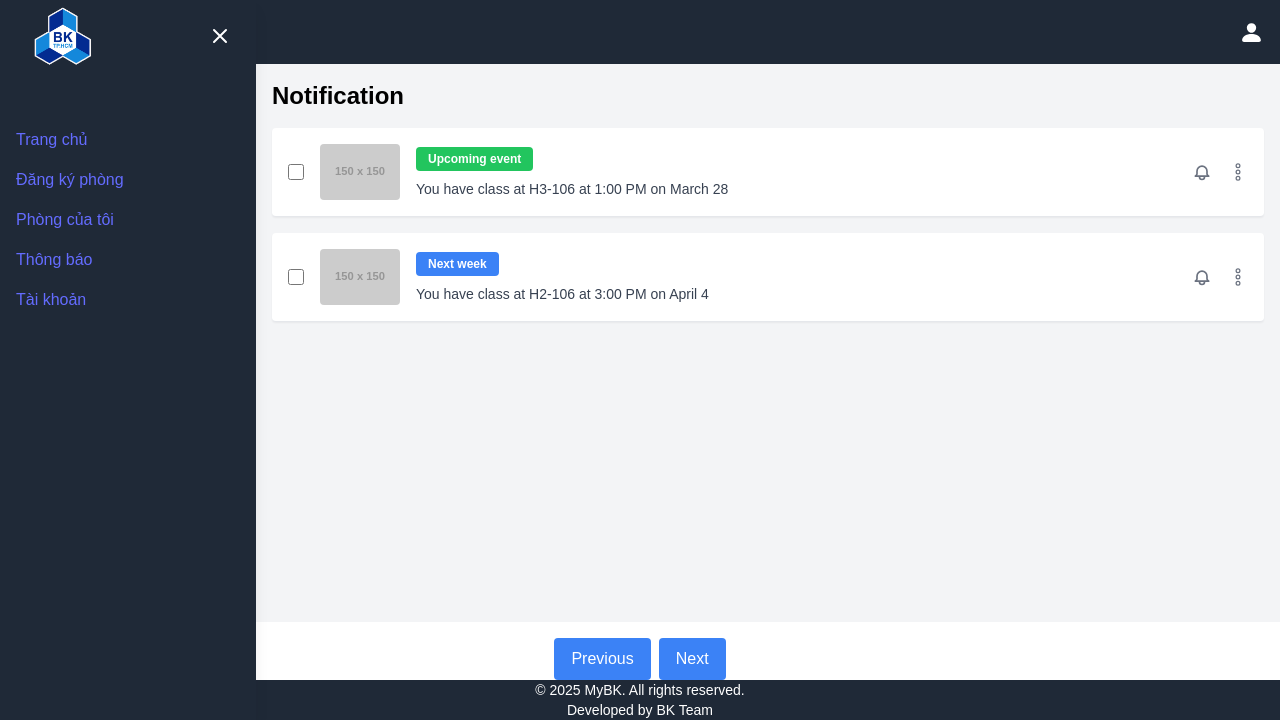
Repository: CNPM-S3MRS/frontend-web
Page: /notification
These files come from the project's save history. The page is drawn as it stood at one moment and after a run of saves; the edit follows.
The browser window is 1280 px wide. The pictures show the whole page.
The project was rebuilt for these pictures with package versions that can differ from the ones it lists, and the page was loaded fresh each time. Also part of the build but not shown: vite.config.js, src/pages/auth/Login.jsx.

Above is the page before, as saved 2025-04-09 03:03:49.

### src/App.jsx
import { BrowserRouter as Router, Routes, Route } from 'react-router-dom';
import Login from '@/pages/auth/Login';
import Notification from './pages/notification/notification';

function App() {
  return (
    <Router>
      <Routes>
        <Route path="/login" element={<Login />} />
        <Route path="/notification" element={<Notification />} /> {/* Add this route */}
        <Route path="/" element={<div>Trang chủ</div>} />
      </Routes>
    </Router>
  );
}

export default App;

### src/index.css
@tailwind base;
@tailwind components;
@tailwind utilities;


:root {
  font-family: system-ui, Avenir, Helvetica, Arial, sans-serif;
  line-height: 1.5;
  font-weight: 400;

  color-scheme: light dark;
  color: rgba(255, 255, 255, 0.87);
  background-color: #242424;

  font-synthesis: none;
  text-rendering: optimizeLegibility;
  -webkit-font-smoothing: antialiased;
  -moz-osx-font-smoothing: grayscale;
}

a {
  font-weight: 500;
  color: #646cff;
  text-decoration: inherit;
}
a:hover {
  color: #535bf2;
}

/* body {
  margin: 0;
  display: flex;
  place-items: center;
  min-width: 320px;
  min-height: 100vh;
} */

h1 {
  font-size: 3.2em;
  line-height: 1.1;
}

.header-button {
  background: none;
  border: none;
  color: inherit;
  cursor: pointer;
  padding: 0;
  display: inline-flex;
  align-items: center;
  justify-content: center;
}


.sidebar-button {
  background: none;
  border: none;
  color: inherit;
  cursor: pointer;
  padding: 0.5rem;
  display: inline-flex;
  align-items: center;
  justify-content: center;
}

button {
  border-radius: 8px;
  border: 1px solid transparent;
  padding: 0.6em 1.2em;
  font-size: 1em;
  font-weight: 500;
  font-family: inherit;
  background-color: #1a1a1a;
  cursor: pointer;
  transition: border-color 0.25s;
}
button:hover {
  border-color: #646cff;
}
button:focus,
button:focus-visible {
  outline: 4px auto -webkit-focus-ring-color;
}
h1 {
  font-size: 1.5rem;
  font-weight: bold;
  margin-bottom: 1rem;
}
body {
  font-family: Arial, sans-serif;
  background-color: #ffffff;
  color: #000000;
}

input[type="checkbox"] {
  width: 1rem;
  height: 1rem;
}

@media (prefers-color-scheme: light) {
  :root {
    color: #213547;
    background-color: #ffffff;
  }
  a:hover {
    color: #747bff;
  }
  button {
    background-color: #f9f9f9;
  }
}

### src/pages/notification/notification.jsx
import React, { useState } from "react";
import Sidebar from "../../components/bars/Sidebar";
import NotificationCard from "../../components/card/NotificationCard";
import Header from "../../components/header/Header";
import Footer from "../../components/footer/Footer";
import Pagination from "../../components/pagination/Pagination";

const Notification = () => {
  const [isSidebarOpen, setIsSidebarOpen] = useState(true); // Sidebar is visible by default

  return (
    <div className="flex flex-col h-screen">
      {/* Header */}
      <Header isSidebarOpen={isSidebarOpen} setIsSidebarOpen={setIsSidebarOpen} />

      <div className="flex flex-grow">
        {/* Sidebar */}
        <Sidebar isSidebarOpen={isSidebarOpen} setIsSidebarOpen={setIsSidebarOpen} />

        {/* Main Content */}
        <div
          className={`flex-grow p-4 bg-gray-100 transition-all duration-300 ${
            isSidebarOpen ? "ml-64" : "ml-0"
          }`}
        >
          <h1 className="text-2xl font-bold mb-4">Notification</h1>

          {/* Example Notification Cards */}
          <NotificationCard
            image="https://via.placeholder.com/150"
            status="Upcoming event"
            statusColor="green"
            message="You have class at H3-106 at 1:00 PM on March 28"
          />
          <NotificationCard
            image="https://via.placeholder.com/150"
            status="Next week"
            statusColor="blue"
            message="You have class at H2-106 at 3:00 PM on April 4"
          />
        </div>
      </div>
      {/* Pagination */}
      <div className="flex justify-center mt-4">
        <button className="px-4 py-2 bg-blue-500 text-white rounded">Previous</button>
        <button className="px-4 py-2 bg-blue-500 text-white rounded ml-2">Next</button>
      </div>
      {/* Footer */}
      <Footer />
    </div>
  );
};

export default Notification;

### src/components/bars/Sidebar.jsx
import React from "react";
import { NavLink } from "react-router-dom";
import LogoBK from "../../assets/LogoBK.jpg"; // Adjust the path as necessary
const Sidebar = ({ isSidebarOpen, setIsSidebarOpen }) => {
  return (
    <div
      className={`fixed inset-y-0 left-0 w-64 bg-gray-800 text-white shadow-lg z-50 transform ${
        isSidebarOpen ? "translate-x-0" : "-translate-x-full"
      } transition-transform duration-300`}
    >
      <div className="flex items-center content-center">
        <img src={LogoBK} alt="Logo" className="w-17 h-20 object-contain" />
      </div>
      {/* Close Button */}
      <button
        onClick={() => setIsSidebarOpen(false)}
        className="sidebar-button absolute top-4 right-4 text-white focus:outline-none"
        aria-label="Close Sidebar"
      >
        <svg
          xmlns="http://www.w3.org/2000/svg"
          width="24"
          height="24"
          fill="none"
          viewBox="0 0 24 24"
          stroke="currentColor"
        >
          <path
            strokeLinecap="round"
            strokeLinejoin="round"
            strokeWidth={2}
            d="M6 18L18 6M6 6l12 12"
          />
        </svg>
      </button>

      {/* Sidebar Links */}
      <ul className="mt-8 space-y-4 p-4">
        <li>
          <NavLink to="/" className="hover:text-gray-400">
            Trang chủ
          </NavLink>
        </li>
        <li>
          <NavLink to="/register-room" className="hover:text-gray-400">
            Đăng ký phòng
          </NavLink>
        </li>
        <li>
          <NavLink to="/my-rooms" className="hover:text-gray-400">
            Phòng của tôi
          </NavLink>
        </li>
        <li>
          <NavLink to="/notification" className="hover:text-gray-400">
            Thông báo
          </NavLink>
        </li>
        <li>
          <NavLink to="/account" className="hover:text-gray-400">
            Tài khoản
          </NavLink>
        </li>
      </ul>
    </div>
  );
};

export default Sidebar;

### src/components/card/NotificationCard.jsx
import React from "react";

const NotificationCard = ({ image, status, statusColor, message }) => {
  const statusColorClass = {
    green: "bg-green-500",
    blue: "bg-blue-500",
    red: "bg-red-500",
  };
  return (
    <div className="flex items-center justify-between w-full p-4 border-b bg-white shadow-sm rounded mb-4">
      {/* Left Section */}
      <div className="flex items-center space-x-4">
        {/* Checkbox */}
        <input type="checkbox" className="w-4 h-4" />

        {/* Image */}
        <img
          src={image}
          alt="Notification"
          className="w-20 h-14 object-cover rounded"
        />

        {/* Content */}
        <div>
          {/* Status Badge */}
          <span
            className={`inline-block px-3 py-1 text-xs font-semibold text-white rounded ${
              statusColorClass[statusColor] || "bg-gray-500"
            }`}
          >
            {status}
          </span>
          {/* Message */}
          <p className="text-sm text-gray-700 mt-2">{message}</p>
        </div>
      </div>

      {/* Right Section (Icons) */}
      <div className="flex items-center space-x-4">
        {/* Bell Icon */}
        <svg
          xmlns="http://www.w3.org/2000/svg"
          className="h-5 w-5 text-gray-500"
          fill="none"
          viewBox="0 0 24 24"
          stroke="currentColor"
        >
          <path
            strokeLinecap="round"
            strokeLinejoin="round"
            strokeWidth={2}
            d="M15 17h5l-1.405-1.405A2.032 2.032 0 0118 14.158V11a6 6 0 10-12 0v3.159c0 .538-.214 1.055-.595 1.436L4 17h5m6 0v1a3 3 0 11-6 0v-1m6 0H9"
          />
        </svg>

        {/* Three-Dot Icon */}
        <svg
          xmlns="http://www.w3.org/2000/svg"
          className="h-5 w-5 text-gray-500"
          fill="none"
          viewBox="0 0 16 16"
          stroke="currentColor"
        >
          <path
            strokeLinecap="round"
            strokeLinejoin="round"
            d="M9.5 13a1.5 1.5 0 1 1-3 0 1.5 1.5 0 0 1 3 0m0-5a1.5 1.5 0 1 1-3 0 1.5 1.5 0 0 1 3 0m0-5a1.5 1.5 0 1 1-3 0 1.5 1.5 0 0 1 3 0"
          />
        </svg>
      </div>
    </div>
  );
};

export default NotificationCard;

### src/components/header/Header.jsx
import React, { useState } from "react";
import { NavLink } from "react-router-dom";
import LogoBK from "../../assets/LogoBK.jpg"; // Adjust the path as necessary

const Header = ({ isSidebarOpen, setIsSidebarOpen }) => {
    return (
      <header className="flex items-center justify-between px-4 bg-gray-800 text-white">
        {/* Left Section: Hamburger Menu and Logo */}
        <div className="flex items-center space-x-2">
          {/* Hamburger Menu */}
          <button
            onClick={() => setIsSidebarOpen(!isSidebarOpen)}
            className="header-button focus:outline-none"
            aria-label="Toggle Sidebar"
          >
            <svg
              xmlns="http://www.w3.org/2000/svg"
              width="24"
              height="24"
              fill="currentColor"
              className="bi bi-list"
              viewBox="0 0 16 16"
            >
              <path
                fillRule="evenodd"
                d="M2.5 12a.5.5 0 0 1 .5-.5h10a.5.5 0 0 1 0 1H3a.5.5 0 0 1-.5-.5m0-4a.5.5 0 0 1 .5-.5h10a.5.5 0 0 1 0 1H3a.5.5 0 0 1-.5-.5m0-4a.5.5 0 0 1 .5-.5h10a.5.5 0 0 1 0 1H3a.5.5 0 0 1-.5-.5"
              />
            </svg>
          </button>

          {/* Logo */}
          <img src={LogoBK} alt="Logo" className="w-17 h-16 object-contain" />


        </div>
        {/* Account */}
        <button
            className="header-button focus:outline-none"
            aria-label="Login"
            onClick={() =>
                (window.location.href =
                  "https://sso.hcmut.edu.vn/cas/login?service=https://mybk.hcmut.edu.vn/my/homeSSO.action")
            }
        >
            <svg
            xmlns="http://www.w3.org/2000/svg"
            width="25"
            height="25"
            fill="currentColor"
            className="bi bi-person-circle"
            viewBox="0 0 16 16"
            >
            <path d="M3 14s-1 0-1-1 1-4 6-4 6 3 6 4-1 1-1 1zm5-6a3 3 0 1 0 0-6 3 3 0 0 0 0 6" />

            <path d="M8 8a2 2 0 1 0 0-4 2 2 0 0 0 0 4z" />
            <path
                fillRule="evenodd"
                d="M8 9a3 3 0 0 0-2.83 2h5.66A3 3 0 0 0 8 9z"
            />
            </svg>
        </button>
      </header>
    );
  };

  export default Header;

### src/components/footer/Footer.jsx
import React from "react";

const Footer = () => {
    return(
        <footer className="bg-gray-800 text-white">

            <div className="container mx-auto text-center">
                <p className="text-sm">&copy; {new Date().getFullYear()} MyBK. All rights reserved.</p>
                <p className="text-sm">Developed by BK Team</p>
            </div>
        </footer>
    );
};

export default Footer;

### tailwind.config.js
/** @type {import('tailwindcss').Config} */
module.exports = {
  content: ["./src/**/*.{js,jsx,ts,tsx}"], // Include all source files
  theme: {
    extend: {},
  },
  plugins: [],
};

### src/components/pagination/Pagination.jsx
import React from "react";

const Pagination = ({ currentPage, totalPages, onPageChange }) => {
  const handlePrevious = () => {
    if (currentPage > 1) {
      onPageChange(currentPage - 1);
    }
  };

  const handleNext = () => {
    if (currentPage < totalPages) {
      onPageChange(currentPage + 1);
    }
  };

  const renderPageNumbers = () => {
    const pageNumbers = [];
    for (let i = 1; i <= totalPages; i++) {
      pageNumbers.push(
        <button
          key={i}
          onClick={() => onPageChange(i)}
          className={`px-3 py-1 mx-1 rounded ${
            i === currentPage
              ? "bg-blue-500 text-white"
              : "bg-gray-200 text-gray-700 hover:bg-gray-300"
          }`}
        >
          {i}
        </button>
      );
    }
    return pageNumbers;
  };

  return (
    <div className="flex items-center justify-center mt-4">
      {/* Previous Button */}
      <button
        onClick={handlePrevious}
        disabled={currentPage === 1}
        className={`px-3 py-1 mx-1 rounded ${
          currentPage === 1
            ? "bg-gray-300 text-gray-500 cursor-not-allowed"
            : "bg-gray-200 text-gray-700 hover:bg-gray-300"
        }`}
      >
        Previous
      </button>

      {/* Page Numbers */}
      {renderPageNumbers()}

      {/* Next Button */}
      <button
        onClick={handleNext}
        disabled={currentPage === totalPages}
        className={`px-3 py-1 mx-1 rounded ${
          currentPage === totalPages
            ? "bg-gray-300 text-gray-500 cursor-not-allowed"
            : "bg-gray-200 text-gray-700 hover:bg-gray-300"
        }`}
      >
        Next
      </button>
    </div>
  );
};

export default Pagination;

Loaded but not shown: index.html (common file); src/main.jsx (common file)

After the next 3 saves:
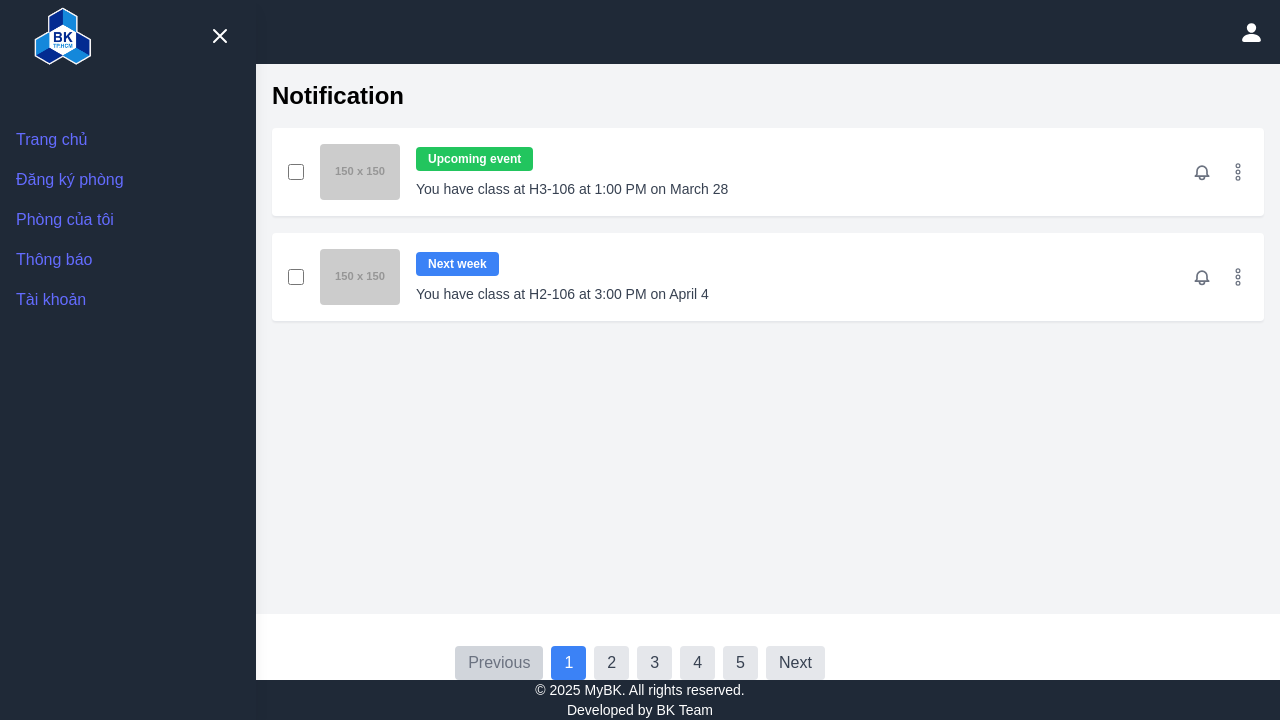
The 3 saves are shown as one change because they came seconds apart.
The last was saved 11 s later.
--- a/src/pages/notification/notification.jsx
+++ b/src/pages/notification/notification.jsx
@@ -42,8 +42,7 @@
       </div>
       {/* Pagination */}
       <div className="flex justify-center mt-4">
-        <button className="px-4 py-2 bg-blue-500 text-white rounded">Previous</button>
-        <button className="px-4 py-2 bg-blue-500 text-white rounded ml-2">Next</button>
+        <Pagination currentPage={1} totalPages={5} onPageChange={(page) => console.log(page)} />
       </div>
       {/* Footer */}
       <Footer />
